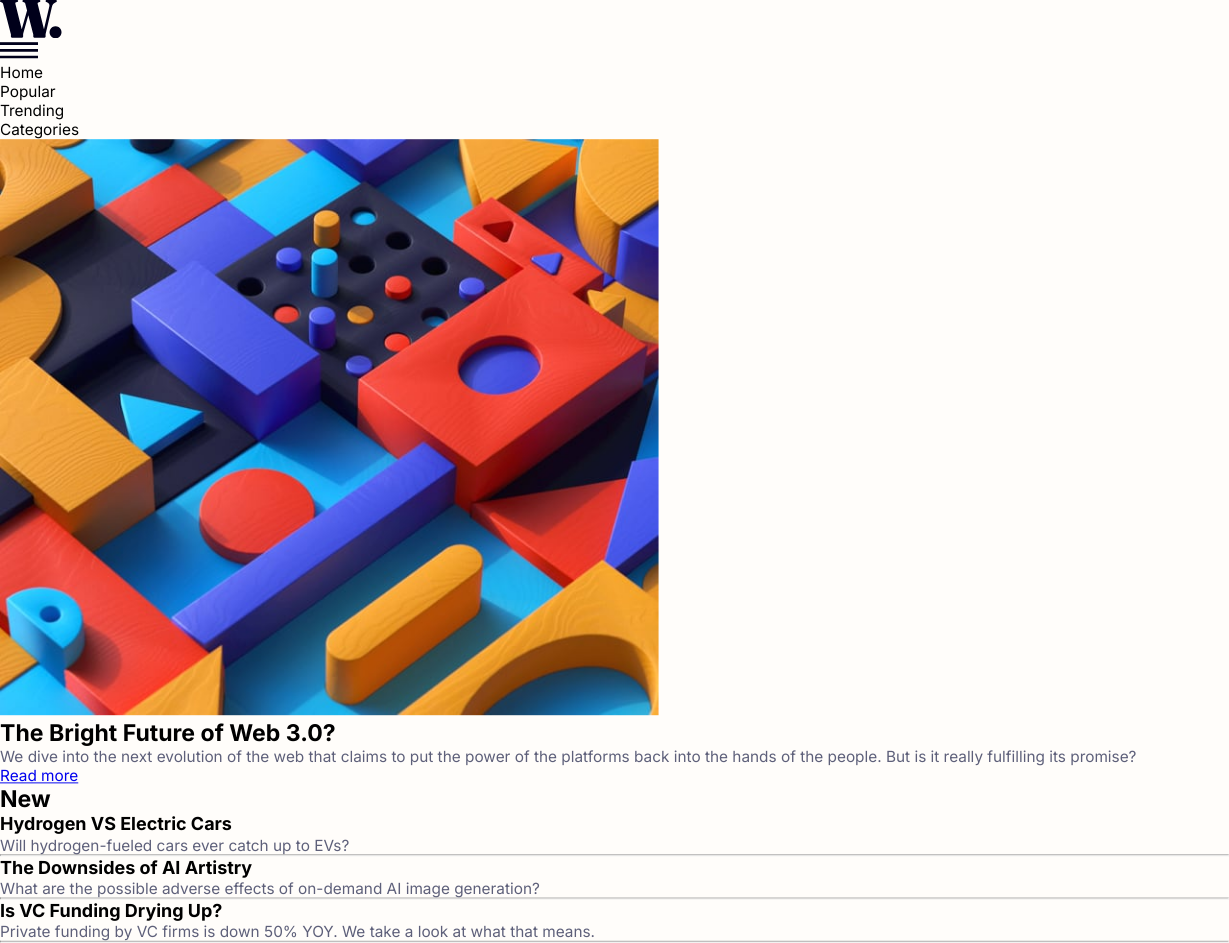
Repository: Arkitecth/news-webpage
Page: index.html
These files come from the project's save history. The page is drawn as it stood at one moment and after the next save; the edit follows.
The browser window is 1280 px wide. The pictures show the whole page, at 96% of full size.

Above is the page before, as saved 2023-06-07 17:10:46.

After the next save:
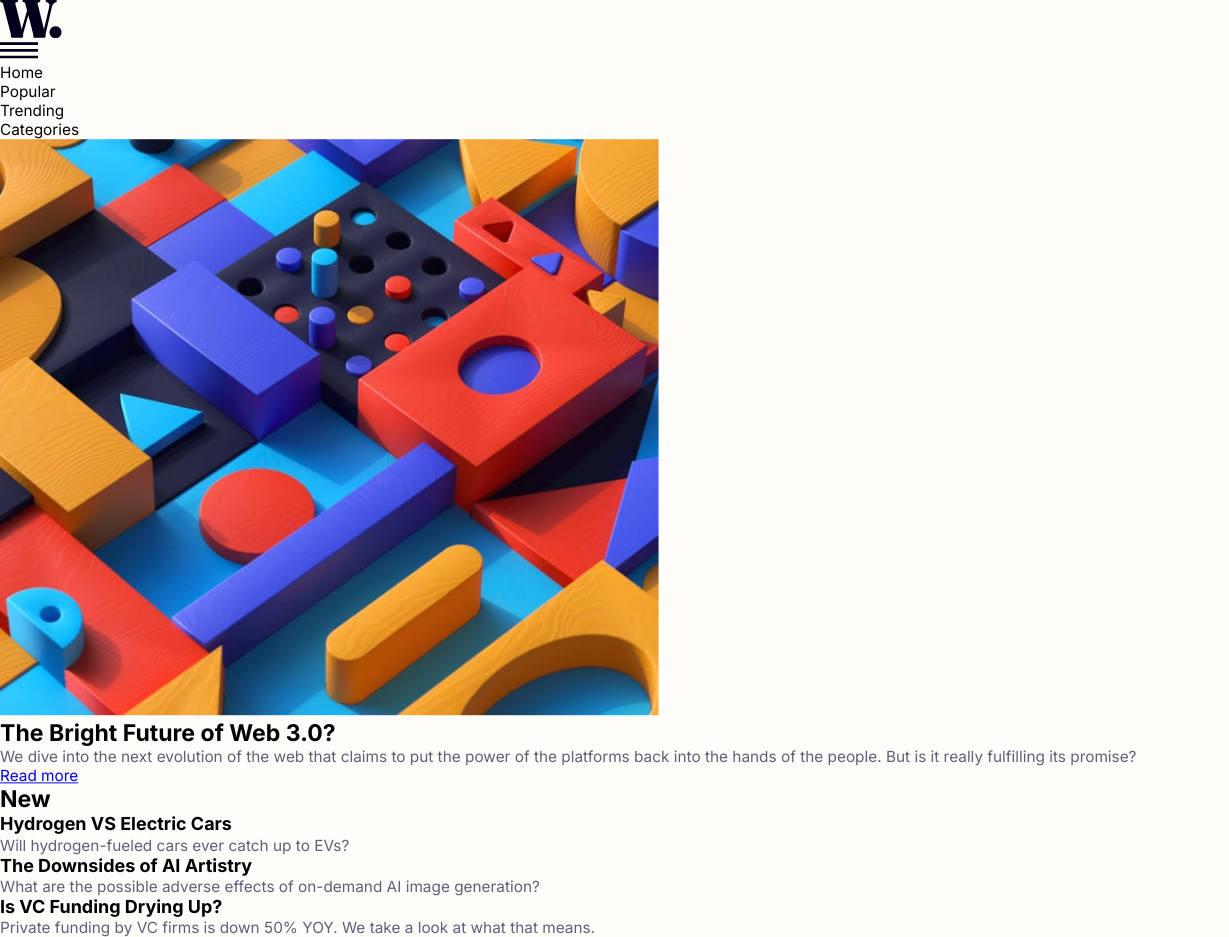
Saved 33 s later.
--- a/index.html
+++ b/index.html
@@ -34,13 +34,10 @@
     <h2>New</h2>
     <h3>Hydrogen VS Electric Cars</h3>
     <p>Will hydrogen-fueled cars ever catch up to EVs?  </p>
-    <hr>
     <h3>The Downsides of AI Artistry </h3>
     <p>What are the possible adverse effects of on-demand AI image generation?</p>
-    <hr>
     <h3>Is VC Funding Drying Up?</h3>
     <p>Private funding by VC firms is down 50% YOY. We take a look at what that means.</p>
-    <hr>
   </section>
 
   </main>
